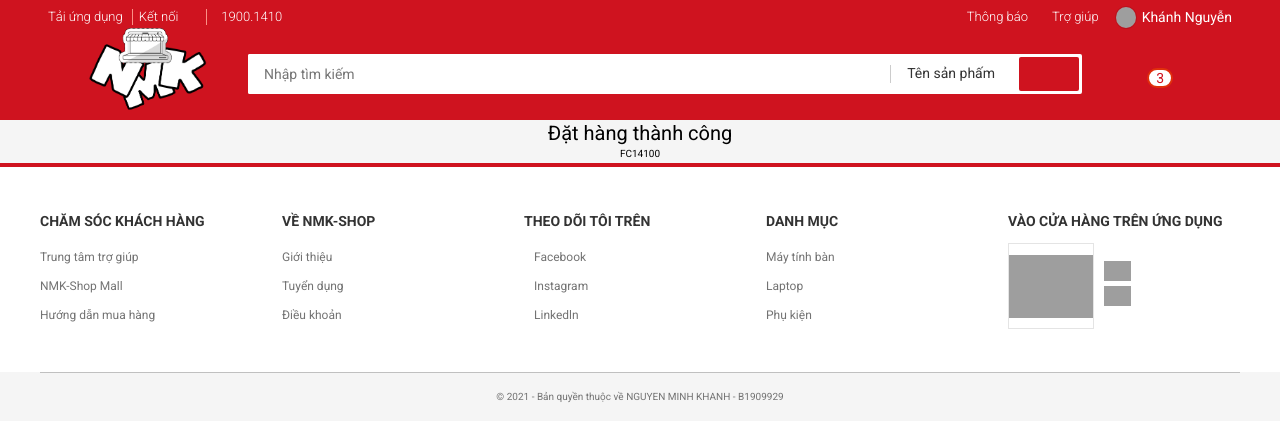
Repository: NguyenMinhKhanhB1909929/NMK-Shop
Page: orderedSuccess.html
The author's editor kept a copy of each file at every save. The page is drawn from the files as they stood at one save, then again after the next save.
The browser window is 1280 px wide. The pictures show the whole page.
Pictures or frames that could not be fetched are drawn as grey boxes. Some icons come from a web library that is not loaded, so they are not drawn.

Above is the page before, as saved 2021-12-04 15:50:08.
Console error: TypeError: Cannot set properties of null (setting 'onclick')

After the next save:
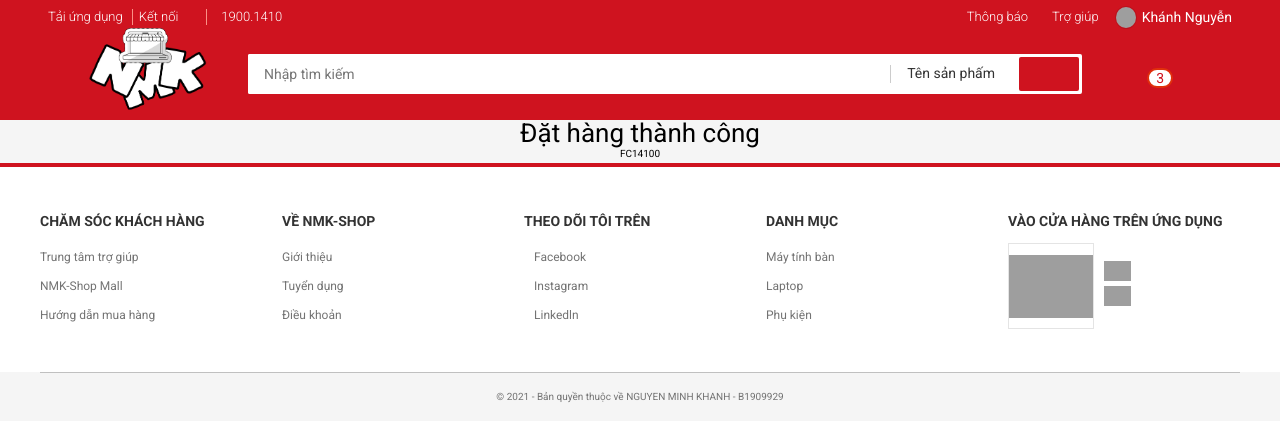
Saved 6 s later.
--- a/assets/css/orderSuccess.css
+++ b/assets/css/orderSuccess.css
@@ -9,7 +9,7 @@
   z-index: 100;
 }
 .ordered__success-titile {
-  font-size: 2rem;
+  font-size: 2.6rem;
   line-height: 2.6rem;
 }
 .ordered__success-id {
